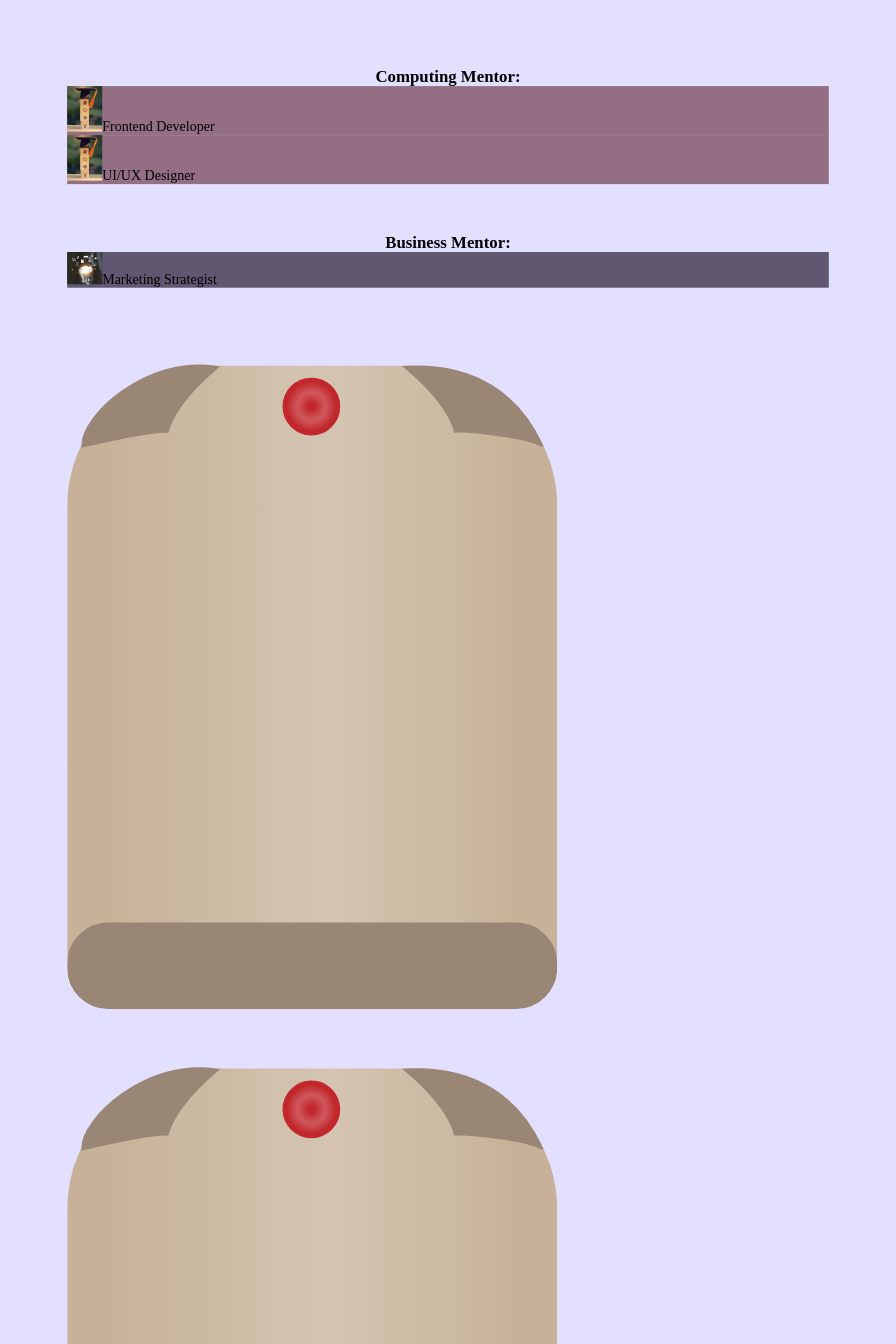
Repository: anikagrewal/week3example
Page: /about
The author's editor kept a copy of each file at every save. The page is drawn from the files as they stood at one save, then again after the next save.
The browser window is 1280 px wide. The pictures show the part of the page from y = 0 to 1920 px (the page is 2585 px tall before and 2717 px after), at 70% of full size.
The project was rebuilt for these pictures with package versions that can differ from the ones it lists, and the page was loaded fresh each time. The framework's server and built-in components were replaced by stand-ins that run in the browser. Also part of the build but not shown: next.config.js.

Above is the page before, as saved 2023-01-23 12:09:25.

### pages/about.js
import Head from 'next/head'
import Image from 'next/image'
import { Inter } from '@next/font/google'
import styles from '@/styles/About.module.css'
import data from '../data/workplace.json'
import { useState } from 'react'
import CardEmployee from '../components/CardEmployee'

const inter = Inter({ subsets: ['latin'] })

console.log(data);
export default function About() {

    const [information, setInformation] = useState([...data])

    return (
        <>
        <Head>
        <title>About Page</title>
        <meta name="description" content="Generated by create next app" />
        <meta name="viewport" content="width=device-width, initial-scale=1" />
        <link rel="icon" href="/favicon.ico" />
      </Head>
      <main className={styles.main}>



        <div className={styles.grid}>
        <div className={styles.gridlayout}>
        <div>
        <h2 className={styles.busdeg}>Computing Mentor: </h2>
        {information && information.map((info, index) => {
          if(info.graduate === "computing") {
            return (
              <div key={index}>
                <CardEmployee role={info.role} colour="#946E83" font="20px"/>
              </div>
            )
          }


        })}
        </div>

        <div>
        <h2 className={styles.busdeg}>Business Mentor: </h2>
        {information && information.map((info, index) => {
          if(info.graduate === "business") {
            return (
              <div key={index}>
                <CardEmployee role={info.role} colour="#605770" font="20px"/>
              </div>
            )
          }


})}
</div>

<div className={styles.scrolls}>
<Image
className={styles.scrollone}
width={700}
height={1000}
src={'vector/mentor.svg'}
/>
<Image
className={styles.scrolltwo}
width={700}
height={1000}
src={'vector/mentor.svg'}
/>
</div>
</div>
</div>
</main>
</>
    )
}

### styles/globals.css
:root {
  --max-width: 1100px;
  --border-radius: 12px;
  --font-mono: ui-monospace, Menlo, Monaco, 'Cascadia Mono', 'Segoe UI Mono',
    'Roboto Mono', 'Oxygen Mono', 'Ubuntu Monospace', 'Source Code Pro',
    'Fira Mono', 'Droid Sans Mono', 'Courier New', monospace;

  --foreground-rgb: #E3DFFF;
  --background-start-rgb: #E3DFFF;
  --background-end-rgb: #E3DFFF;
  --background-body-color: #E3DFFF;

  --primary-glow: conic-gradient(
    from 180deg at 50% 50%,
    #16abff33 0deg,
    #0885ff33 55deg,
    #54d6ff33 120deg,
    #0071ff33 160deg,
    transparent 360deg
  );
  --secondary-glow: radial-gradient(
    rgba(#E3DFFF, 1),
    rgba(#E3DFFF, 0)
  );

  --tile-start-rgb: 239, 245, 249;
  --tile-end-rgb: 228, 232, 233;
  --tile-border: conic-gradient(
    #00000080,
    #00000040,
    #00000030,
    #00000020,
    #00000010,
    #00000010,
    #00000080
  );

  --callout-rgb: #E3DFFF;
  --callout-border-rgb: 172, 175, 176;
  --card-rgb: 180, 185, 188;
  --card-border-rgb: 131, 134, 135;
}

@media (prefers-color-scheme: dark) {
  :root {
    --foreground-rgb: #E3DFFF;
    --background-start-rgb: 0, 0, 0;
    --background-end-rgb: 0, 0, 0;

    --primary-glow: radial-gradient(rgba(1, 65, 255, 0.4), rgba(1, 65, 255, 0));
    --secondary-glow: linear-gradient(
      to bottom right,
      rgba(1, 65, 255, 0),
      rgba(1, 65, 255, 0),
      rgba(1, 65, 255, 0.3)
    );

    --tile-start-rgb: 2, 13, 46;
    --tile-end-rgb: 2, 5, 19;
    --tile-border: conic-gradient(
      #ffffff80,
      #ffffff40,
      #ffffff30,
      #ffffff20,
      #ffffff10,
      #ffffff10,
      #ffffff80
    );

    --callout-rgb: 20, 20, 20;
    --callout-border-rgb: 108, 108, 108;
    --card-rgb: 100, 100, 100;
    --card-border-rgb: 200, 200, 200;
  }
}

* {
  box-sizing: border-box;
  padding: 0;
  margin: 0;
}

html,
body {
  max-width: 100vw;
  overflow-x: hidden;
}

body {
  color: rgb(var(--foreground-rgb));
  background: linear-gradient(
      to bottom,
      transparent,
      rgb(var(--background-end-rgb))
    )
    rgb(var(--background-start-rgb));
}

a {
  color: inherit;
  text-decoration: none;
}

@media (prefers-color-scheme: dark) {
  html {
    color-scheme: light;
  }
}

### styles/About.module.css
.main {
    display: flex;
    flex-direction: column;
    justify-content: space-between;
    align-items: center;
    padding: 6rem;
    min-height: 100vh;
    background-color: var(--background-body-color);
  }

  .description {
    display: inherit;
    justify-content: inherit;
    align-items: inherit;
    font-size: 0.85rem;
    max-width: var(--max-width);
    width: 100%;
    z-index: 2;
    font-family: var(--font-mono);
  }

  .description a {
    display: flex;
    justify-content: center;
    align-items: center;
    gap: 0.5rem;
  }

  .description p {
    position: relative;
    margin: 0;
    padding: 1rem;
    background-color: rgba(var(--callout-rgb), 0.5);
    border: 1px solid rgba(var(--callout-border-rgb), 0.3);
    border-radius: var(--border-radius);
  }

  .code {
    font-weight: 700;
    font-family: var(--font-mono);
  }

  .grid {
    display: grid;
    grid-template-columns: (4, minmax(25%, auto));
    width: var(--max-width);
    max-width: 100%;
    justify-content: center;
  }

  .gridlayout {
    display: flex;
    flex-direction: column;
   gap: 70px;
  }

  .card {
    padding: 1rem 1.2rem;
    border-radius: var(--border-radius);
    background: rgba(var(--card-rgb), 0);
    border: 1px solid rgba(var(--card-border-rgb), 0);
    transition: background 200ms, border 200ms;
  }

  .card span {
    display: inline-block;
    transition: transform 200ms;
  }

  .card h2 {
    font-weight: 600;
    margin-bottom: 0.7rem;
  }

  .card p {
    margin: 0;
    opacity: 0.6;
    font-size: 0.9rem;
    line-height: 1.5;
    max-width: 30ch;
  }





  .busdeg {
    display: flex;
    justify-content: center;
  }

  .compdeg {
    display: flex;
    justify-content: center;
  }

  .button {
    width: 150px;
    height: 50px;
    border-radius: 5px;
    font-size: 20px;
  }

  .scroll {
    margin-top: 390px;
    margin-left: 655px;
    position: absolute;
    z-index: 4;
    font-size: 20px;
  }

  /* Conic Gradient Animation */
  .thirteen::before {
    animation: 6s rotate linear infinite;
    width: 200%;
    height: 200%;
    background: var(--tile-border);
  }

  /* Inner Square */
  .thirteen::after {
    inset: 0;
    padding: 1px;
    border-radius: var(--border-radius);
    background: linear-gradient(
      to bottom right,
      rgba(var(--tile-start-rgb), 1),
      rgba(var(--tile-end-rgb), 1)
    );
    background-clip: content-box;
  }

  /* Enable hover only on non-touch devices */
  @media (hover: hover) and (pointer: fine) {
    .card:hover {
      background: rgba(var(--card-rgb), 0.1);
      border: 1px solid rgba(var(--card-border-rgb), 0.15);
    }

    .card:hover span {
      transform: translateX(4px);
    }
  }

  @media (prefers-reduced-motion) {
    .thirteen::before {
      animation: none;
    }

    .card:hover span {
      transform: none;
    }
  }

  /* Mobile */
  @media (max-width: 700px) {
    .content {
      padding: 4rem;
    }

    .grid {
      grid-template-columns: 1fr;
      margin-bottom: 120px;
      max-width: 320px;
      text-align: center;
    }

    .card {
      padding: 1rem 2.5rem;
    }

    .card h2 {
      margin-bottom: 0.5rem;
    }

    .center {
      padding: 8rem 0 6rem;
    }

    .center::before {
      transform: none;
      height: 300px;
    }

    .description {
      font-size: 0.8rem;
    }

    .description a {
      padding: 1rem;
    }

    .description p,
    .description div {
      display: flex;
      justify-content: center;
      position: fixed;
      width: 100%;
    }

    .description p {
      align-items: center;
      inset: 0 0 auto;
      padding: 2rem 1rem 1.4rem;
      border-radius: 0;
      border: none;
      border-bottom: 1px solid rgba(var(--callout-border-rgb), 0.25);
      background: linear-gradient(
        to bottom,
        rgba(var(--background-start-rgb), 1),
        rgba(var(--callout-rgb), 0.5)
      );
      background-clip: padding-box;
      backdrop-filter: blur(24px);
    }

    .description div {
      align-items: flex-end;
      pointer-events: none;
      inset: auto 0 0;
      padding: 2rem;
      height: 200px;
      background: linear-gradient(
        to bottom,
        transparent 0%,
        rgb(var(--background-end-rgb)) 40%
      );
      z-index: 1;
    }
  }

  /* Tablet and Smaller Desktop */
  @media (min-width: 701px) and (max-width: 1120px) {
    .grid {
      grid-template-columns: repeat(2, 50%);
    }
  }

  @media (prefers-color-scheme: dark) {
    .vercelLogo {
      filter: invert(1);
    }

    .logo,
    .thirteen img {
      filter: invert(1) drop-shadow(0 0 0.3rem #ffffff70);
    }
  }

  @keyframes rotate {
    from {
      transform: rotate(360deg);
    }
    to {
      transform: rotate(0deg);
    }
  }

### data/workplace.json
[
    {
    "employeeNumber": "E2345",
    "firstName": "Joe",
    "role": "Frontend Developer",
    "position": "Junior",
    "graduate": "computing",
    "startDate": 2021
},
{
    "employeeNumber": "E6789",
    "firstName": "Alice",
    "role": "UI/UX Designer",
    "position": "Junior",
    "graduate": "computing",
    "startDate": 2020
},
{
    "employeeNumber": "E1011",
    "firstName": "Jane",
    "role": "Marketing Strategist",
    "position": "Junior",
    "graduate": "business",
    "startDate": 2022
}
]

### components/CardEmployee/index.js
export default function CardEmployee({
    role = "none",
    colour = "purple",
    font = "0",
    image = "icon/business.png"
}) {
    return(
        <div style={{backgroundColor: colour, fontSize:font}}>
            {
                colour === "#946E83" ? <img src={'icon/business.jpeg'} width="50"/> :
                colour === "#605770" ? <img src={'icon/computing.jpeg'} width="50"/>:
                                     <img src={image} width="50"/>
            }
            {role}
        </div>
    )
}

Loaded but not shown: pages/_app.js (common file); pages/_document.js (common file)

After the next save:
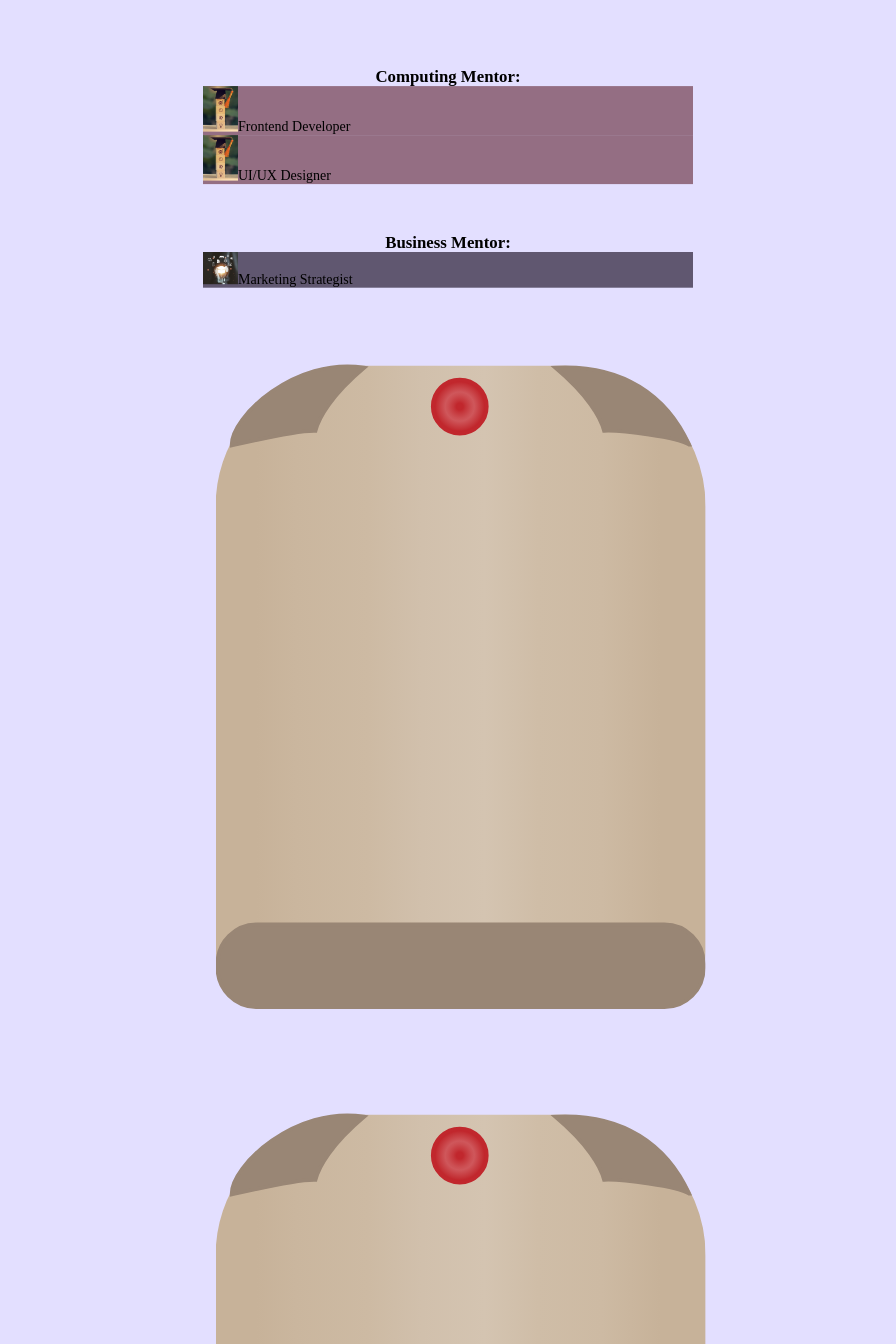
Saved 35 s later.
--- a/styles/About.module.css
+++ b/styles/About.module.css
@@ -107,6 +107,28 @@
     position: absolute;
     z-index: 4;
     font-size: 20px;
+  }
+
+  .scrollone {
+    display: flex;
+    justify-content: center;
+    align-items: center;
+    position: relative;
+    z-index: 1;
+    margin-left: 2.5%;
+    margin-bottom: 10%;
+
+  }
+
+  .scrolltwo {
+    display: flex;
+    justify-content: center;
+    align-items: center;
+    position: relative;
+    z-index: 1;
+    margin-left: 2.5%;
+    margin-bottom: 10%;
+
   }
 
   /* Conic Gradient Animation */
